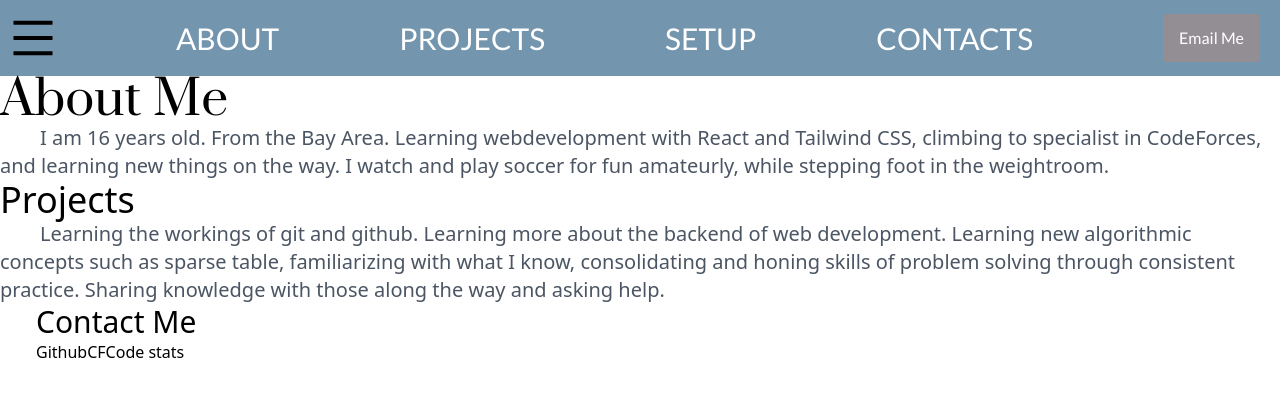
Repository: joshuayanggithub/joshua-yang-website
Page: /
An editor plug-in stored every save of this project. The page is shown before and after the next save, followed by the edit.
The browser window is 1280 px wide. The pictures show the whole page.
The project was rebuilt for these pictures with package versions that can differ from the ones it lists, and the page was loaded fresh each time.

Above is the page before, as saved 2023-01-07 17:55:33.

### public/index.html
<!DOCTYPE html>
<html lang="en">
  <head>
    <meta charset="utf-8" />
    <link rel="icon" href="%PUBLIC_URL%/favicon.ico" />
    <meta name="viewport" content="width=device-width, initial-scale=1" />
    <meta name="theme-color" content="#000000" />
    <meta
      name="description"
      content="Web site created using create-react-app"
    />
    <link rel="apple-touch-icon" href="%PUBLIC_URL%/logo192.png" />
    <!--
      manifest.json provides metadata used when your web app is installed on a
      user's mobile device or desktop. See https://developers.google.com/web/fundamentals/web-app-manifest/
    -->
    <link rel="manifest" href="%PUBLIC_URL%/manifest.json" />
    <!--
      Notice the use of %PUBLIC_URL% in the tags above.
      It will be replaced with the URL of the `public` folder during the build.
      Only files inside the `public` folder can be referenced from the HTML.

      Unlike "/favicon.ico" or "favicon.ico", "%PUBLIC_URL%/favicon.ico" will
      work correctly both with client-side routing and a non-root public URL.
      Learn how to configure a non-root public URL by running `npm run build`.
    -->
    <title>Joshua Yang</title>
  </head>
  <body>
    <noscript>You need to enable JavaScript to run this app.</noscript>
    <div id="root"></div>
    <!--
      This HTML file is a template.
      If you open it directly in the browser, you will see an empty page.

      You can add webfonts, meta tags, or analytics to this file.
      The build step will place the bundled scripts into the <body> tag.

      To begin the development, run `npm start` or `yarn start`.
      To create a production bundle, use `npm run build` or `yarn build`.
    -->
  </body>
</html>

### src/index.css
@import url('https://fonts.googleapis.com/css2?family=Lato:ital,wght@0,100;0,300;0,400;0,700;0,900;1,100;1,400;1,700;1,900&display=swap');

@import url('https://fonts.googleapis.com/css2?family=Prata&display=swap');

@tailwind base;
@tailwind components;
@tailwind utilities;

### src/App.js
import NavBar from "./components/NavBar";
import About from "./components/About";
import Contacts from "./components/Contacts";
import Setup from "./components/Setup";
import Projects from "./components/Projects";

function App() {
  return (
    <>
      <NavBar />
      <About />
      <Projects />
      <Setup />
      <Contacts />
    </>
  );
}

export default App;

### src/components/NavBar.jsx
import React from "react";
import {AiOutlineMenu} from 'react-icons/ai'
import Button from './Button'

const NavBar = () => {
  const links = [
    {'id': 1, 'name': 'About'},
    {'id': 2, 'name': 'Projects'},
    {'id': 3, 'name': 'Setup'},
    {'id': 4, 'name': 'Contacts'}
  ]

  return (
    <div class="md:flex bg-sasskyblue w-full p-2 justify-between items-center">
      <div>
        <AiOutlineMenu size={50}></AiOutlineMenu>
      </div>

      <ul class="md:flex gap-20 p-3">
        {
          links.map((link) =>
            <li key={link.id}>
              <a href='#About' class="text-3xl text-white px-5 hover:bg-sasnavyblue duration-300 uppercase font-button my-3">{link.name}</a>
            </li>
          )
        }
      </ul>

      <Button> Email Me </Button>

    </div>
  );
};

export default NavBar;

### src/components/About.jsx
import React from 'react'

const About = () => {
  return (
    <div class="">
      <h1 class="text-black font-body text-5xl max-w-4xl">About Me</h1>
      <p class="indent-10 text-gray-600 text-xl">I am 16 years old. From the Bay Area. Learning webdevelopment with React and Tailwind CSS, climbing to specialist in CodeForces, and learning new things on the way. I watch and play soccer for fun amateurly, while stepping foot in the weightroom. </p>
    </div>
  );
}

export default About

### src/components/Contacts.jsx
import React from 'react'

const Contacts = () => {
  return (
    <div class="mx-5 px-4">
      <h1 class="text-3xl">Contact Me</h1>
      <a href="https://github.com/joshuayanggithub">Github</a>
      <a href="https://codeforces.com/profile/JoshuaYang">CF</a>
      <a href="https://wakatime.com/@joshuayang">Code stats</a>
    </div>
  );
}

export default Contacts

### src/components/Setup.jsx
import React from 'react'

const Setup = () => {
  return (
    <div>

    </div>
  );
}

export default Setup

### src/components/Projects.jsx
import React from 'react'

const Projects = () => {
  return (
    <div class="">
      <h1 class="text-black text-4xl">Projects</h1>
      <p class="indent-10 text-gray-600 text-xl">
        Learning the workings of git and github. Learning more about the backend of web development. Learning new algorithmic concepts such as sparse table, familiarizing with what I know,  consolidating and honing skills of problem solving through consistent practice. Sharing knowledge with those along the way and asking help.
      </p>
    </div>
  );
}

export default Projects

### src/components/Button.jsx
import React from "react";

const Button = (props) => {
  return (
    <button class="bg-sasgrey text-white font-button py-3  px-4 mx-3 rounded">
      {props.children}
    </button>
  );
}

export default Button

### tailwind.config.js
/** @type {import('tailwindcss').Config} */
module.exports = {
  content: [
    "./src/components/*.{html,js,jsx}",
    "./src/**/*.{html,js,jsx}",
  ],
  theme: {
    screens: {
      'sm': '640px',
      // => @media (min-width: 640px) { ... }

      'md': '768px',
      // => @media (min-width: 768px) { ... }

      'lg': '1024px',
      // => @media (min-width: 1024px) { ... }

      'xl': '1280px',
      // => @media (min-width: 1280px) { ... }

      '2xl': '1536px',
      // => @media (min-width: 1536px) { ... }
    },
    extend: {
      colors: {
        'sasblack':'#5D5C61',
        'sasgrey': '#938e93',
        'sasskyblue': '#7395AE',
        'sasnavyblue': '#557A95',
        'sasgold':'#B1A296',
      }
    },
    fontFamily: {
      button: ['Lato',],
      body: ['Prata',],
    },
  },
  plugins: [],
}

Loaded but not shown: src/index.js (common file)

After the next save:
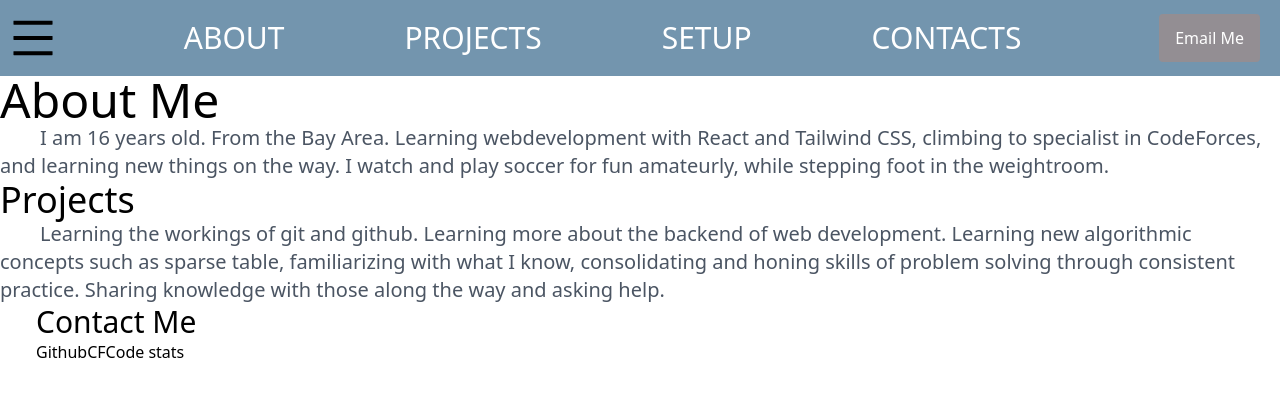
Saved 5 min 26 s later.
--- a/tailwind.config.js
+++ b/tailwind.config.js
@@ -31,8 +31,8 @@ module.exports = {
       }
     },
     fontFamily: {
-      button: ['Lato',],
-      body: ['Prata',],
+      navheader: ['Lato',],
+      pagehader: ['Prata',],
     },
   },
   plugins: [],
